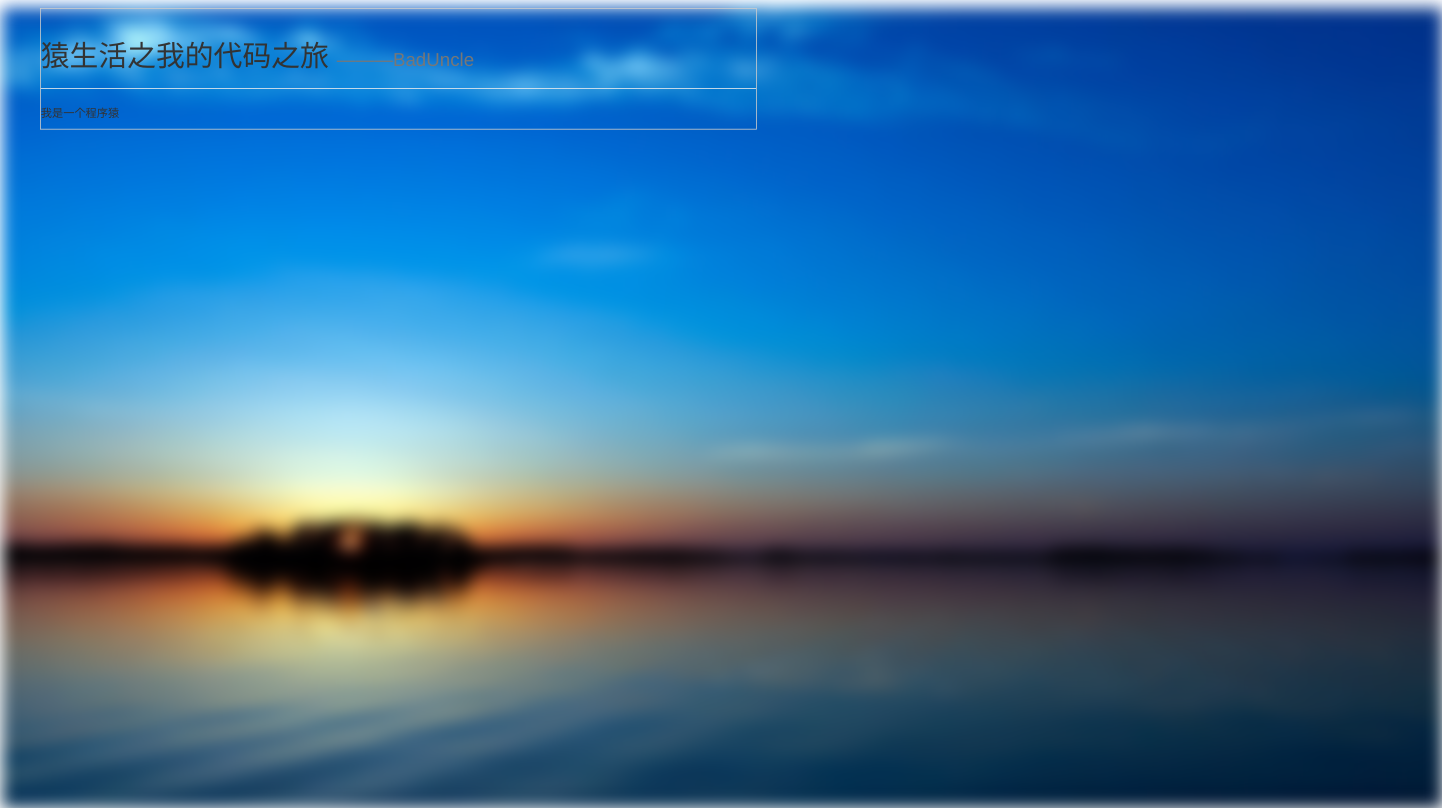
Repository: lidasi/monkeyLife
Page: http://localhost/monkeyLife/jsp/english.jsp
These files come from the project's save history. The page is drawn as it stood at one moment and after the next save; the edit follows.
The browser window is 1280 px wide. The page is 1803 px wide, so the pictures cover 1803 px, including what lies to the right of the window. The pictures show the whole page, at 80% of full size.
The page is served by Tomcat 9.

Above is the page before, as saved 2017-07-13 08:02:18.

After the next save:
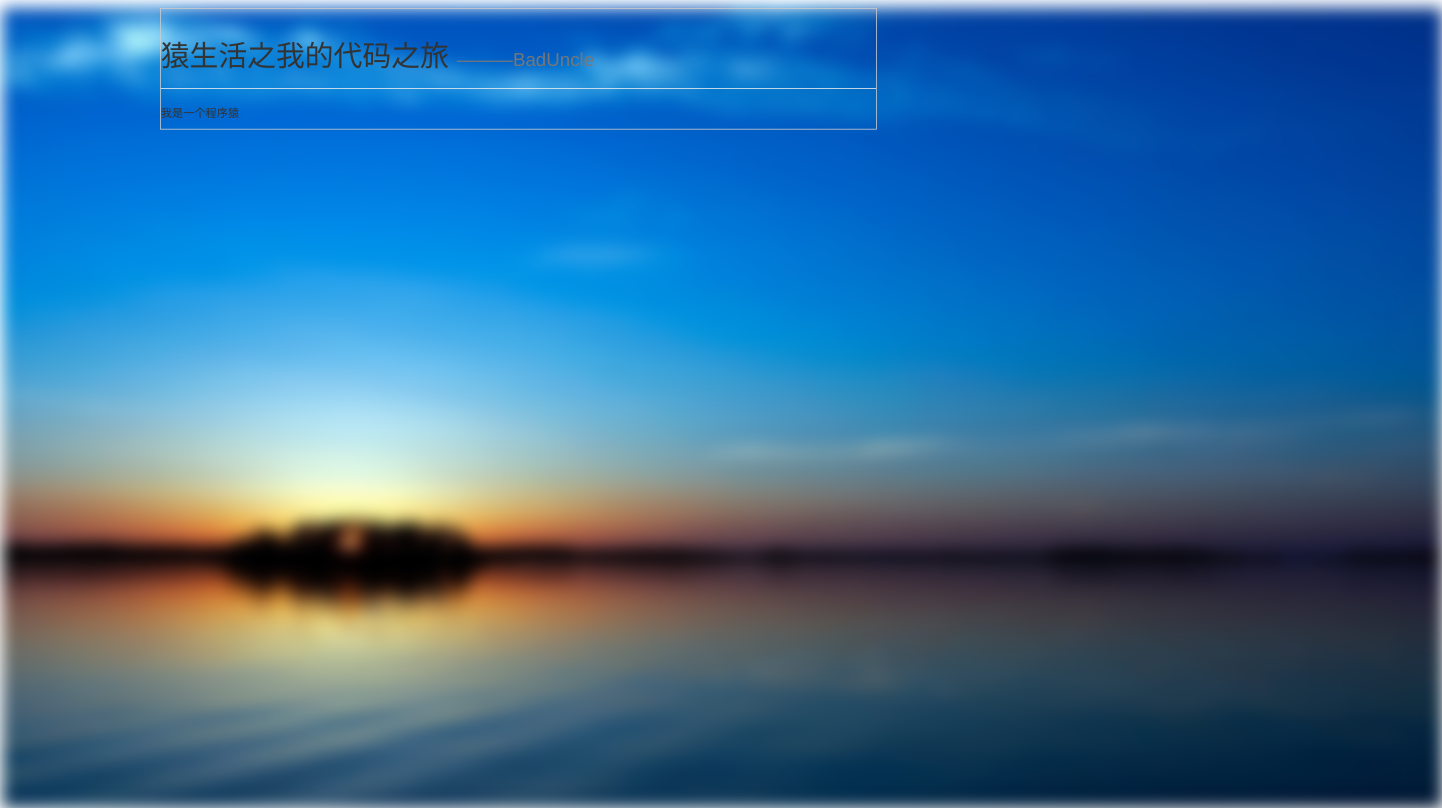
Saved 7 s later.
--- a/workSpeaces/monkeyLife/WebContent/css/info.css
+++ b/workSpeaces/monkeyLife/WebContent/css/info.css
@@ -34,7 +34,7 @@
 }
 
 #content {position:absolute;
-	left:50px;
+	left:200px;
 	top:10px;
 	border: 1px solid #CCCCCC;
 	width: 70%;
